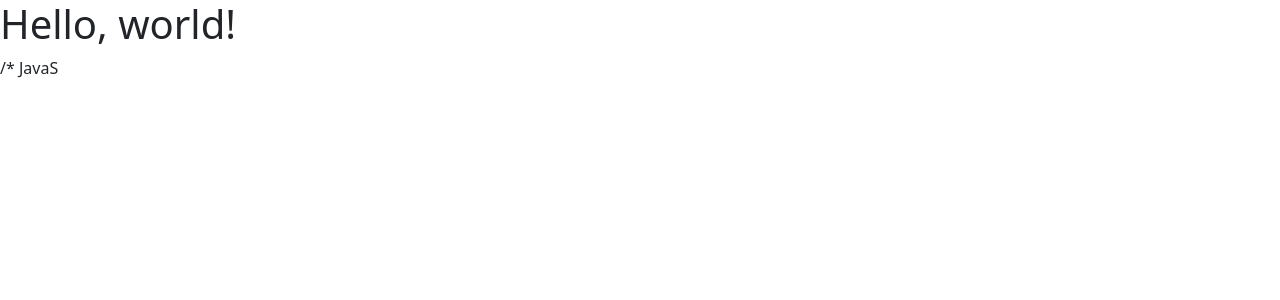
Repository: RafaelMoccelinLavratti/Blog
Page: Index.html
These files come from the project's save history. The page is drawn as it stood at one moment and after the next save; the edit follows.
The browser window is 1280 px wide. The pictures show the whole page.

Above is the page before, as saved 2024-01-25 11:15:34.

### Index.html
<!DOCTYPE <!DOCTYPE html>
<!doctype html>
<html lang="pt-br">
  <head>
    <meta charset="utf-8">
    <meta name="viewport" content="width=device-width, initial-scale=1">
    <title>Bootstrap demo</title>
    <link href="https://cdn.jsdelivr.net/npm/bootstrap@5.3.2/dist/css/bootstrap.min.css" rel="stylesheet" integrity="sha384-T3c6CoIi6uLrA9TneNEoa7RxnatzjcDSCmG1MXxSR1GAsXEV/Dwwykc2MPK8M2HN" crossorigin="anonymous">
  </head>
  <body>
    <h1>Hello, world!</h1>
    /* JavaS
    <script src="https://cdn.jsdelivr.net/npm/bootstrap@5.3.2/dist/js/bootstrap.bundle.min.js" integrity="sha384-C6RzsynM9kWDrMNeT87bh95OGNyZPhcTNXj1NW7RuBCsyN/o0jlpcV8Qyq46cDfL" crossorigin="anonymous"></script>
  </body>
</html>

After the next save:
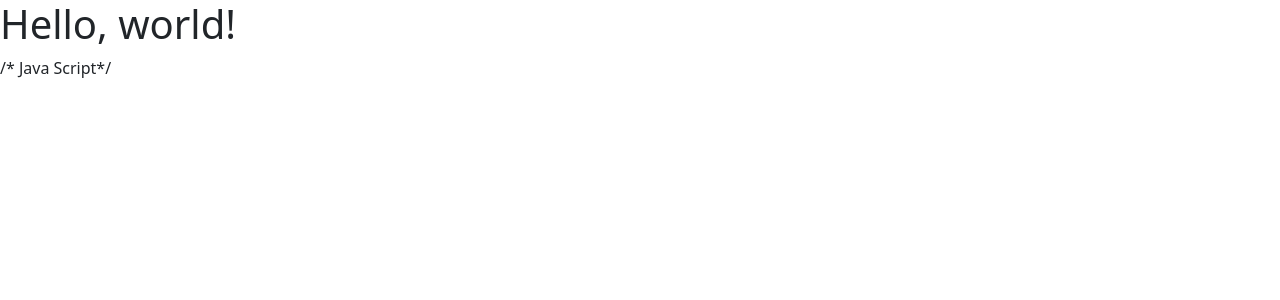
Saved 7 s later.
--- a/Index.html
+++ b/Index.html
@@ -9,7 +9,7 @@
   </head>
   <body>
     <h1>Hello, world!</h1>
-    /* JavaS
+    /* Java Script*/
     <script src="https://cdn.jsdelivr.net/npm/bootstrap@5.3.2/dist/js/bootstrap.bundle.min.js" integrity="sha384-C6RzsynM9kWDrMNeT87bh95OGNyZPhcTNXj1NW7RuBCsyN/o0jlpcV8Qyq46cDfL" crossorigin="anonymous"></script>
   </body>
 </html>
